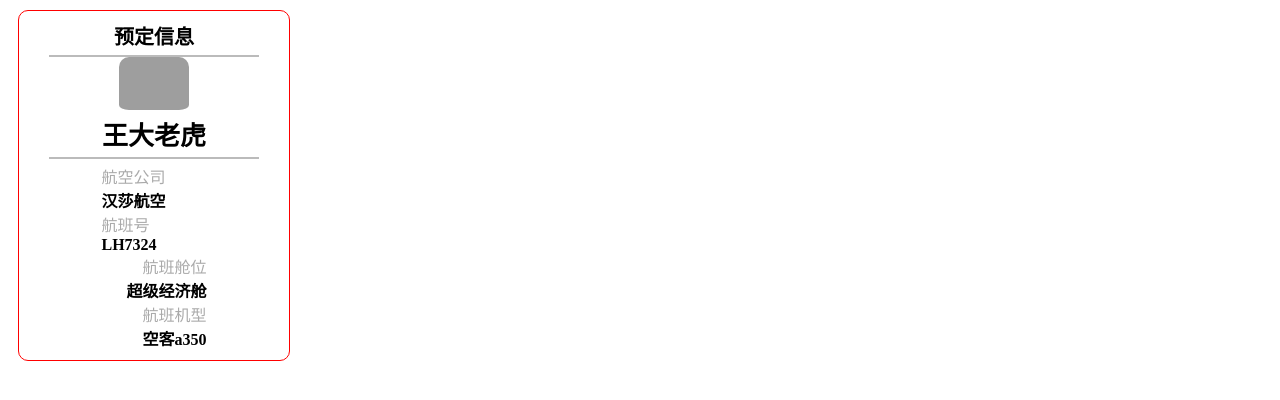
Repository: xzm1997/react-learning
Page: /
The author's editor kept a copy of each file at every save. The page is drawn from the files as they stood at one save, then again after the next save.
The browser window is 1280 px wide. The pictures show the whole page.
Pictures or frames that could not be fetched are drawn as grey boxes. The project was rebuilt for these pictures with package versions that can differ from the ones it lists, and the page was loaded fresh each time.

Above is the page before, as saved 2023-01-31 10:53:24.

### src/index.js
import React from 'react';
import ReactDOM from 'react-dom/client';
import './index.css';

export function UserInfo(props) {
  return (
    <div className='userInfo'>
      <img
        src='https://img1.baidu.com/it/u=2017107515,121176475&fm=253&fmt=auto&app=138&f=JPEG?w=500&h=500'
        alt='ava'
        className='ava'
      ></img>
      <div className='userName'>{props.userName}</div>
    </div>
  )
}

export function InfoShow(props) {
  return (
    <div>
      <div className='bookTitle'>{props.title}</div>
      <div className='bookContent'>{props.content}</div>
    </div>
  )
}

export function BookInfo(props) {
  return (
    <div className='contentDisplay'>
      <div className='totalTitle'>预定信息</div>
      <UserInfo userName={props.userName} />
      <div className='infoDisplay'>
        <div className='infoItem leftSide'>
          <InfoShow title='航空公司' className='leftSide' content={props.ticketInfo.airline}/>
          <InfoShow title='航班号' className='rightSide' content={props.ticketInfo.flightNum}/>
        </div>
        <div className='infoItem rightSide'>
          <InfoShow title='航班舱位' className='leftSide' content={props.ticketInfo.level}/>
          <InfoShow title='航班机型' className='rightSide' content={props.ticketInfo.plane}/>
        </div>
      </div>
    </div>
    )
}

export function Root() {
  const userName = '王大老虎';
  const ticketInfo = {
    airline : '汉莎航空',
    flightNum : 'LH7324',
    level : '超级经济舱',
    plane : '空客a350'
  }
  return (
    <div>
      <BookInfo
        userName={userName}
        ticketInfo={ticketInfo}
      />
    </div>
  )
}

// ========================================

const root = ReactDOM.createRoot(document.getElementById("root"));
root.render(<Root />);

### src/index.css
.contentDisplay {
  width: 250px;
  border: solid 1px red;
  border-radius: 10px;
  padding:10px;
  margin: 10px;
  display: flex;
  flex-direction: column;
  align-items: center;
}

.userInfo {
  display: flex;
  flex-direction: column;
  align-items: center;
  width: 210px;
  padding-bottom: 5px;
  margin-bottom: 5px;
  border-bottom: solid 2px #bbb;
}

.ava {
  width: 70px;
  border-radius: 10px;
  padding-bottom: 5px;
}

.userName {
  font-weight: 700;
  font-size: 26px;
}

.bookTitle {
  color: #aaa;
}

.totalTitle {
  font-size: 20px;
  font-weight: 700;
  text-align: center;
  width: 210px;
  padding-bottom: 5px;
  border-bottom: solid 2px #bbb;
}

.bookContent {
  font-weight: 700;
}

.infoDisplay {
  display: flex;
  flex-direction: column;
}

.infoItem {
  width: 105px;
}

.rightSide {
  text-align: right;
}

Loaded but not shown: public/index.html (common file)

After the next save:
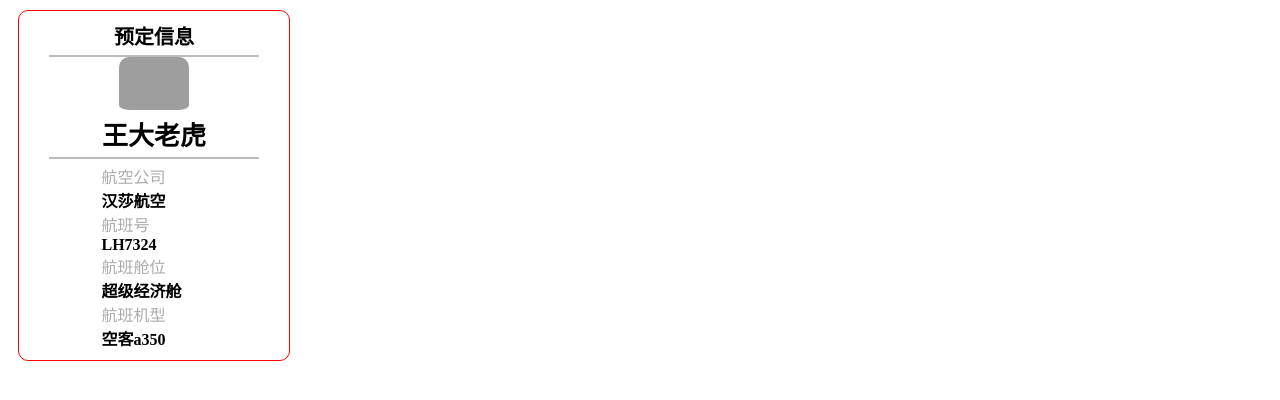
Saved 7 s later.
--- a/src/index.js
+++ b/src/index.js
@@ -30,11 +30,11 @@ export function BookInfo(props) {
       <div className='totalTitle'>预定信息</div>
       <UserInfo userName={props.userName} />
       <div className='infoDisplay'>
-        <div className='infoItem leftSide'>
+        <div className='infoItem'>
           <InfoShow title='航空公司' className='leftSide' content={props.ticketInfo.airline}/>
           <InfoShow title='航班号' className='rightSide' content={props.ticketInfo.flightNum}/>
         </div>
-        <div className='infoItem rightSide'>
+        <div className='infoItem'>
           <InfoShow title='航班舱位' className='leftSide' content={props.ticketInfo.level}/>
           <InfoShow title='航班机型' className='rightSide' content={props.ticketInfo.plane}/>
         </div>
